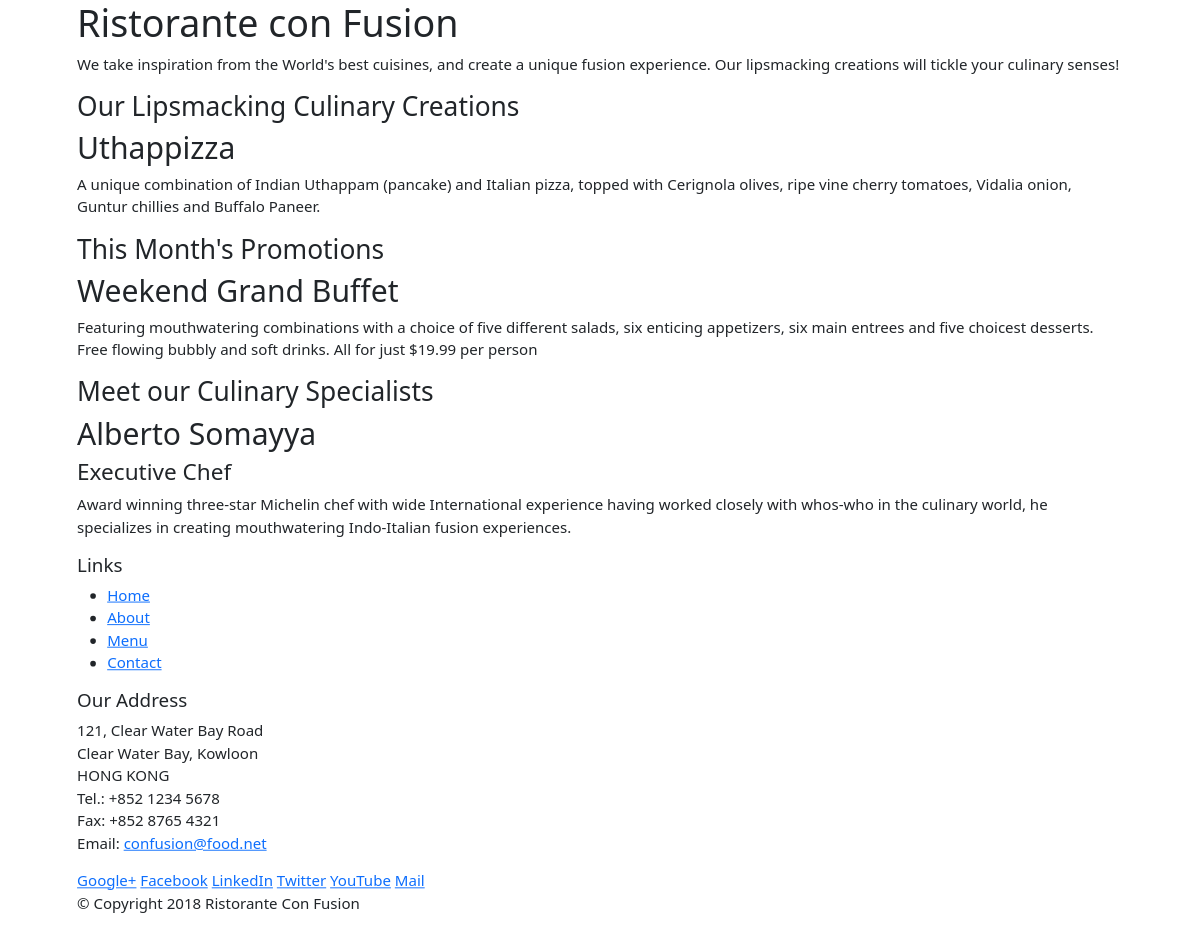
Repository: devjeremyjake/confusion
Page: index.html
The author's editor kept a copy of each file at every save. The page is drawn from the files as they stood at one save, then again after a run of saves.
The browser window is 1280 px wide. The pictures show the whole page, at 94% of full size.
Some web libraries are served in a nearby version.

Above is the page before, as saved 2020-01-30 13:27:02.

After the next 5 saves:
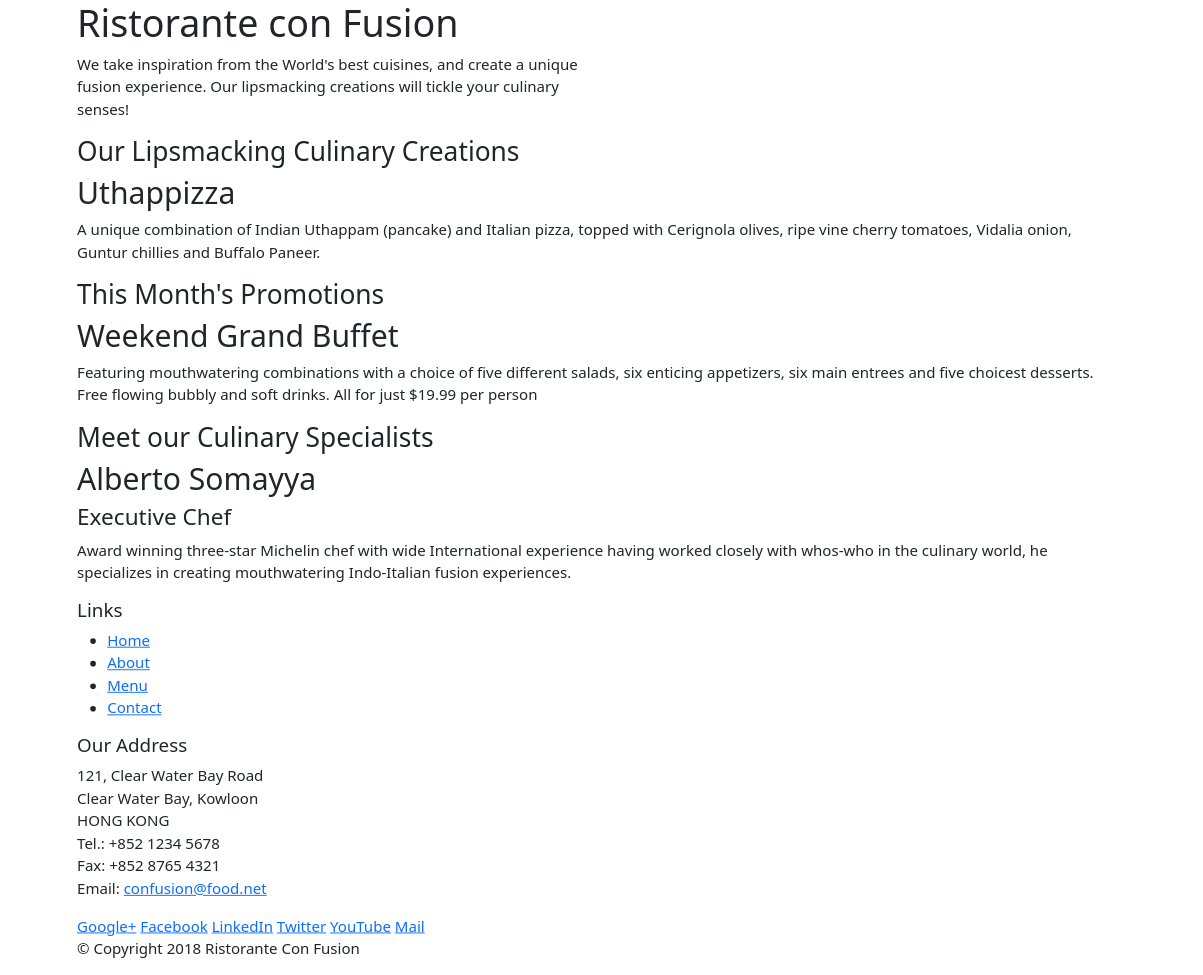
The 5 saves are shown as one change because they came seconds apart.
The last was saved 10 s later.
--- a/index.html
+++ b/index.html
@@ -13,7 +13,7 @@
    <header class="jumbotron">
         <div>
             <div>
-                <div class="">
+                <div class="col-12 col-sm-6">
                     <h1>Ristorante con Fusion</h1>
                     <p>We take inspiration from the World's best cuisines, and create a unique fusion experience. Our lipsmacking creations will tickle your culinary senses!</p>
                 </div>
